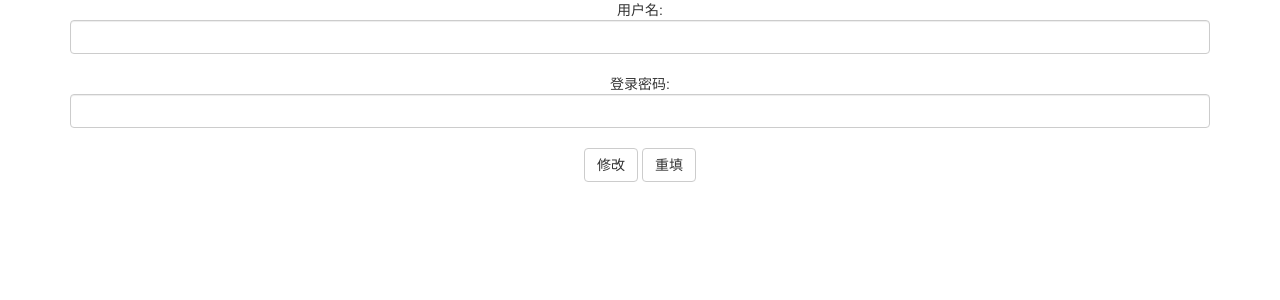
Repository: suxiaohutot/PHP
Page: http://localhost/xiugai.php
An editor plug-in stored every save of this project. The page is shown before and after the next save, followed by the edit.
The browser window is 1280 px wide. The pictures show the whole page.
The page is run by PHP 8.4 with error messages shown; the project is at /var/www/html/.

Above is the page before, as saved 2019-10-25 06:05:24.

After the next save:
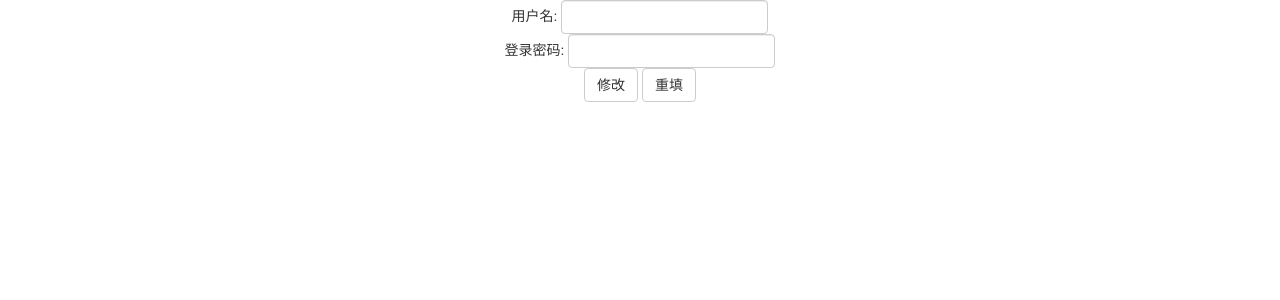
Saved 25 s later.
--- a/test/xiugai.php
+++ b/test/xiugai.php
@@ -10,16 +10,17 @@
 <body>
 	<form action="xiugai_chenge.php" method="post" class="container">
 	<div class="form-inline">
-			<div class="form-group">
-			</div>
-			</div>
-	用户名:
-    <input type="text" name="name" class="form-control"><br>
-	登录密码:
-    <input type="password" name="password" size="20" maxlength="15" class="form-control"><br>
+		<div class="form-group">
+			用户名:
+            <input type="text" name="name" class="form-control"><br>
+        	登录密码:
+            <input type="password" name="password" size="20" maxlength="15" class="form-control"><br>
 
-    <input type="submit" value="修改" class="btn btn-default">
-    <input type="reset" value="重填" class="btn btn-default">
+            <input type="submit" value="修改" class="btn btn-default">
+            <input type="reset" value="重填" class="btn btn-default">
+		</div>
+	</div>
+
     </form>
 </body>
 
